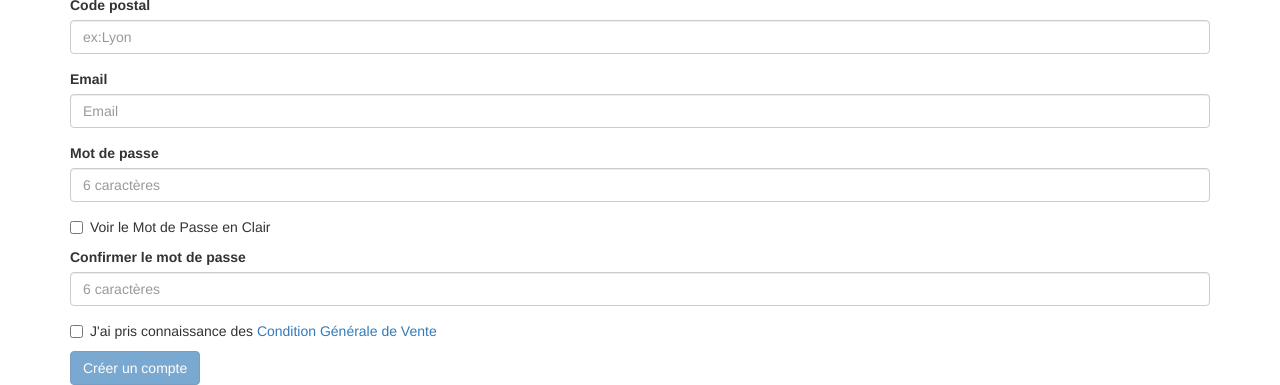
Repository: Symfomany/WildJQueryForm
Page: index.html
An editor plug-in stored every save of this project. The page is shown before and after the next save, followed by the edit.
The browser window is 1280 px wide. The pictures show the part of the page from y = 1113 to 1620 px (the page is 1498 px tall before and 1620 px after).
A picture or video elsewhere on the page could not be fetched, so the positions and the page height are approximate.

Above is the page before, as saved 2017-03-06 07:16:24.

After the next save:
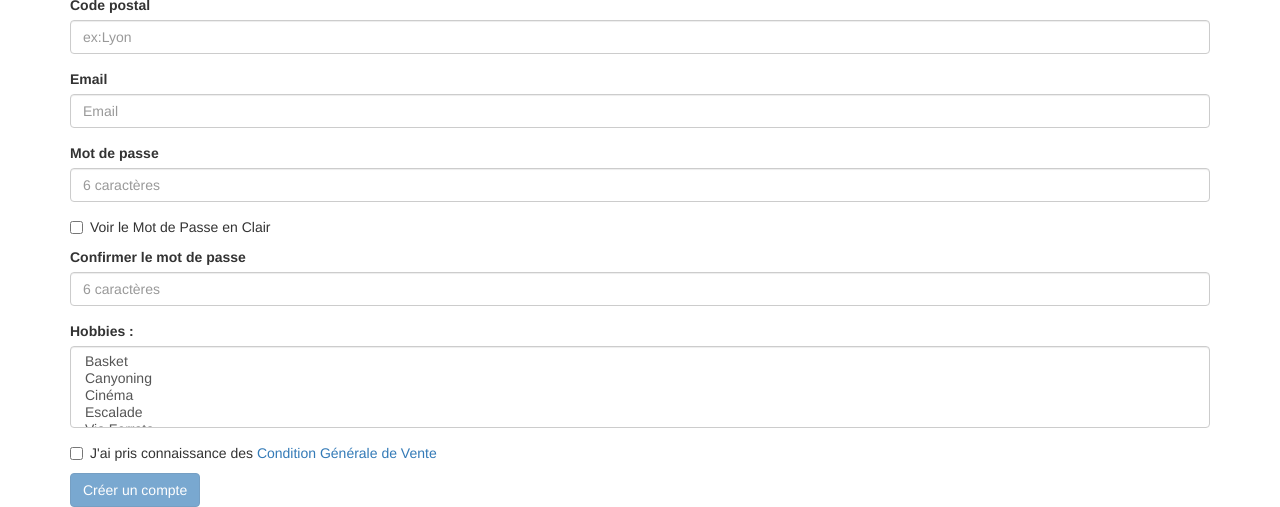
Saved 24 s later.
--- a/index.html
+++ b/index.html
@@ -147,6 +147,27 @@
     <input type="password" class="form-control" id="password" placeholder="6 caractères">
 </div>
 
+<div class="form-group">
+    <label class="control-label" for="hobbies">Hobbies :</label><br />
+    <select class="form-control" id="hobbies" name="hobbies[]" multiple>
+          <option value="basket">Basket</option>
+          <option value="canyoning">Canyoning</option>
+          <option value="cinema">Cinéma</option>
+          <option value="escalade">Escalade</option>
+          <option value="ferrata">Via Ferrata</option>
+          <option value="football">Football</option>
+          <option value="handball">Handball</option>
+          <option value="natation">Natation</option>
+          <option value="parapente">Parapente</option>
+          <option value="parachute">Saut en parachute</option>
+          <option value="plongee">Plongée</option>
+          <option value="series">Séries TV</option>
+          <option value="ski">Ski</option>
+          <option value="tir">Tir à l'arc</option>
+        </select>
+</div>
+
+
 <div class="checkbox">
     <label>
                     <input type="checkbox"> J'ai pris connaissance des <a>Condition Générale de Vente</a>
